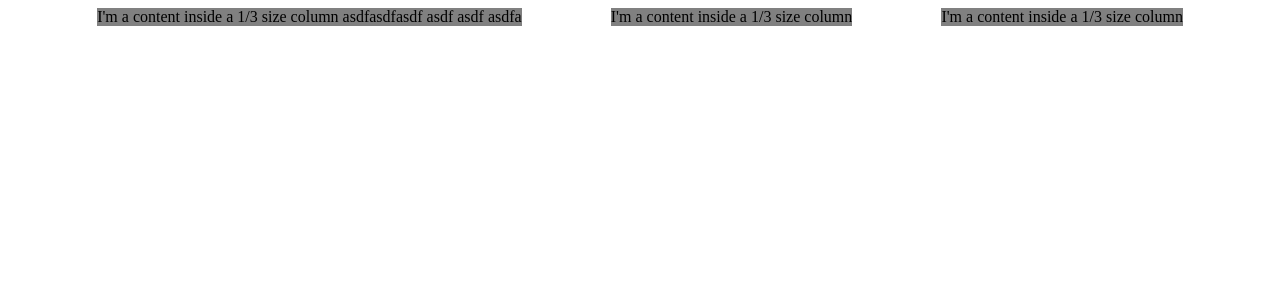
Repository: ervinne13/gg-basic-web-frontend-development
Page: modules/css/long-samples/grid-system-1.html
An editor plug-in stored every save of this project. The page is shown before and after the next save, followed by the edit.
The browser window is 1280 px wide. The pictures show the whole page.

Above is the page before, as saved 2019-07-04 17:03:05.

After the next save:
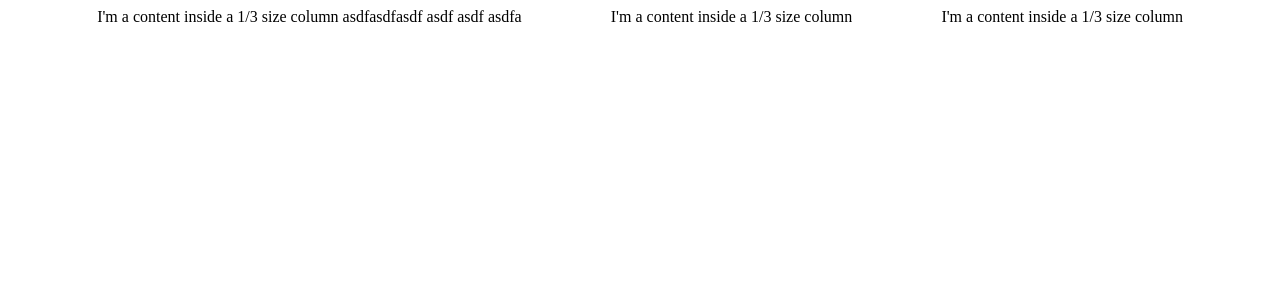
Saved 20 s later.
--- a/modules/css/long-samples/grid-system-1.html
+++ b/modules/css/long-samples/grid-system-1.html
@@ -12,9 +12,6 @@
             }
 
             .container .row .col {
-                display: flex;
-                flex-flow: row wrap;
-                background-color: grey;
             }
         </style>
     </head>
